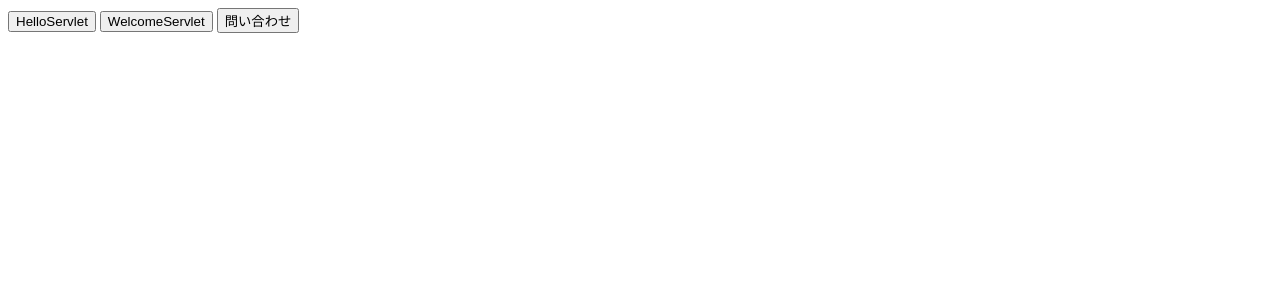
Repository: xnjsuxzc1825/test
Page: http://localhost/HelloServlet/
These files come from the project's save history. The page is drawn as it stood at one moment and after the next save; the edit follows.
The browser window is 1280 px wide. The pictures show the whole page.
The page is served by Tomcat 9.

Above is the page before, as saved 2019-07-26 09:35:13.

After the next save:
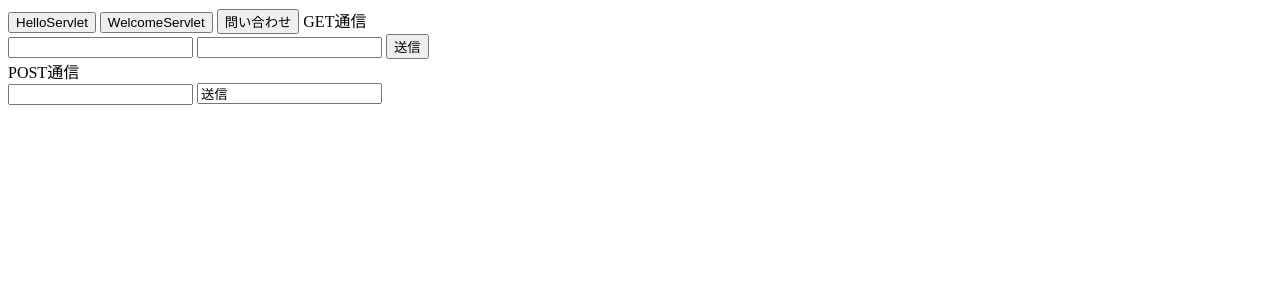
Saved 16 min 19 s later.
--- a/HelloServlet/WebContent/index.jsp
+++ b/HelloServlet/WebContent/index.jsp
@@ -10,5 +10,17 @@
 <input type="button" value="HelloServlet" onClick="location.href='HelloServlet'">
 <input type="button" value="WelcomeServlet" onClick="location.href='welcome.jsp'">
 <input type="button" value="問い合わせ" onClick="location.href='inquiry.jsp'">
+GET通信
+<form method="get action="TestServlet">
+<input type="text" name="username">
+<input type="password" name="password">
+<input type="submit" value="送信">
+</form>
+POST通信
+<form method="post" action="TestServlet>
+<input type="text" name="username">
+<input type="password" name=""password">
+<input type="subimt" value="送信">
+</form>
 </body>
 </html>
